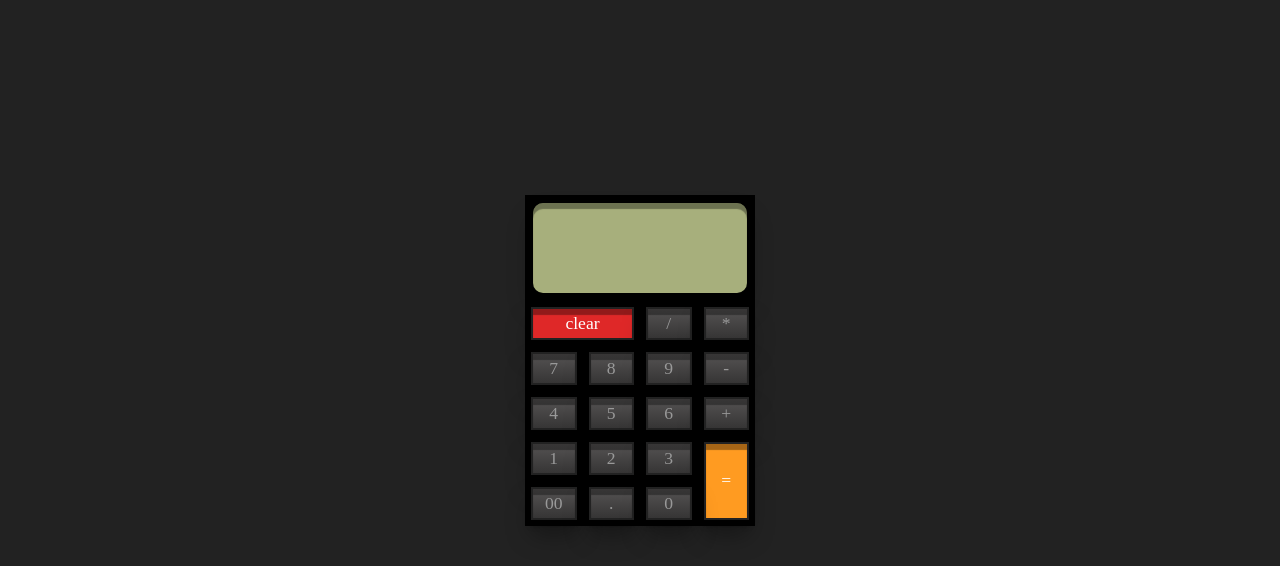
Repository: JunaidAnsari202/calculator
Page: index.html
The author's editor kept a copy of each file at every save. The page is drawn from the files as they stood at one save, then again after a run of saves.
The browser window is 1280 px wide. The pictures show the whole page.

Above is the page before, as saved 2023-10-28 15:05:37.

### index.html
<!DOCTYPE html>
<html lang="en">
<head>
    <meta charset="UTF-8">
    <meta name="viewport" content="width=device-width, initial-scale=1.0">
    <title>Document</title>
    <link rel="stylesheet" href="style.css">
</head>
<body>

    <div class="caculator">
        <div class="button">
            <h2 id="value"></h2>
            <!-- <textarea name="" id="value" cols="1" rows="1" readonly></textarea> -->
            <span id="clear">clear</span>
            <span>/</span>
            <span>*</span>
            <span>7</span>
            <span>8</span>
            <span>9</span>
            <span>-</span>
            <span>4</span>
            <span>5</span>
            <span>6</span>
            <span id="plus">+</span>
            <span>1</span>
            <span>2</span>
            <span>3</span>
            <span id="equal">=</span>

            <span>00</span>
            <span>.</span>
            <span>0</span>


            </div>
    </div>
    <script src="script.js"></script>
</body>
</html>

### style.css
*{
    padding: 0;
    margin: 0;
    box-sizing: border-box;
    /* border: 1px red dashed; */
}

body{
    display: flex;
    justify-content: center;
    align-items: center;
    height: 100vh;

    /* background-color: rgb(109, 109, 109); */
    background-color: #222;
}
.calculator{

    position: relative;
    width: 280px;
}

.button{
    position: relative;
    display: grid;
    background-color: black;
    width: 230px;

}

#value{
    width: 2em; /* Adjust the width as needed */
    height: 1.8em; /* Adjust the height as needed */
    resize: none;

    position: relative;
    margin: 8px;
    grid-column: span 4;
    height: 90px;
    line-height: 100px;
    padding: 0 5px ;
    border-radius: 10px;
    background-color: #a7af7c;
    text-align: right;
    font-size: 1.5rem;
    color: #3a3c2e;
    overflow: hidden;
    box-shadow: inset 0 6px 1px 0 rgba(0,0,0,0.35),
    0 5px 5px rgba(0,0,0,0.5),0 15px 25px rgba(0,0,0,0.35);
    width: calc(100% - 16px);
}


span{
    /* height: 25px; */

    position: relative;
    padding:4px;
    margin: 6px;
    min-width: 30px;
    font-size: 1.1rem;
    display: flex;
    justify-content: center;
    align-items: center;
    color: #999;
    border: 2px solid #222;
    background: linear-gradient(#555353,#363535);
    box-shadow: inset 0 6px 1px 0 rgba(0,0,0,0.35),
    0 5px 5px rgba(0,0,0,0.5),0 15px 25px rgba(0,0,0,0.35);
    user-select: none;
    cursor: pointer;
}

span::before{
    content: "";
    position: absolute;
    border-top: 2px solid #ccc;
    filter: blur(2px);
}

span:active{
    box-shadow: inset 0 6px 1px 0 rgba(0,0,0,0.35),
    0 5px 5px rgba(0,0,0,0.5),0 15px 25px rgba(0,0,0,0.35);

}

#clear{
grid-column: span 2;
background: rgba(247, 45, 45, 0.907);
color: white;
}

#equal{
    grid-row: span 2;
    /* height: 62px; */
    background: rgb(255, 155, 33);
    color: white;
}

### script.js
let buttons=document.querySelector(".button");
let btn=document.querySelectorAll("span");
let value=document.getElementById("value");

for(let i =0;i<btn.length;i++){
    btn[i].addEventListener("click",function(){
        if(this.innerHTML == "="){
            value.innerHTML = eval(value.innerHTML);

        }
        else{
            if(this.innerHTML== "clear"){
                value.innerHTML = " ";
            }else{
                value.innerHTML += this.innerHTML;
            }
        }
    })
}

After the next 5 saves:
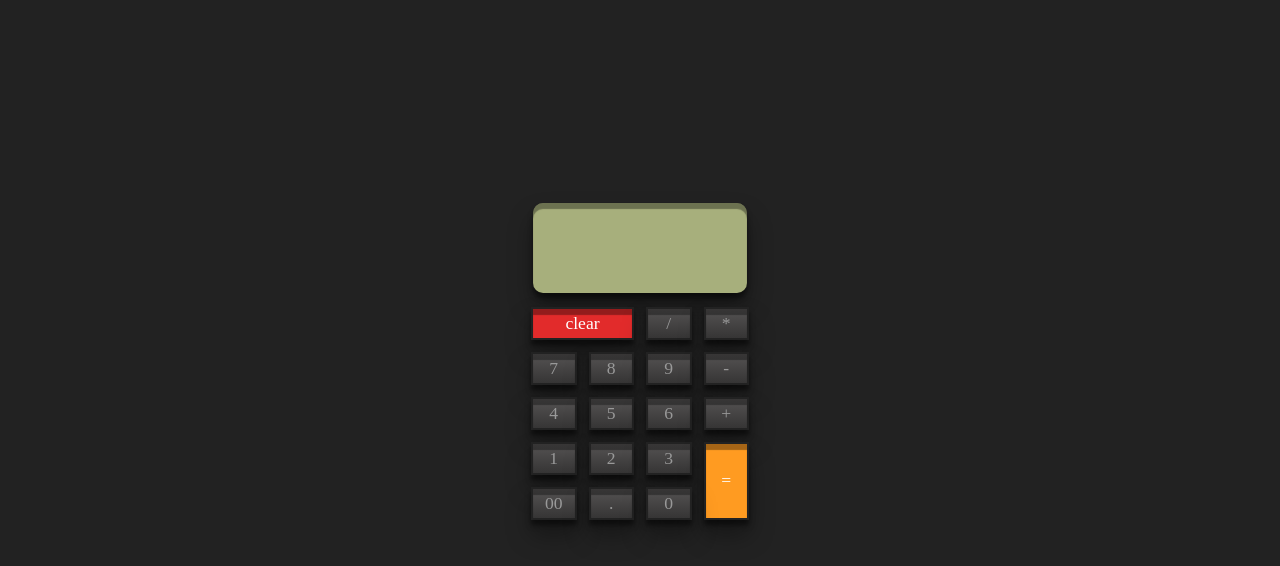
The 5 saves are shown as one change because they came seconds apart.
The last was saved 4 min 29 s later.
--- a/style.css
+++ b/style.css
@@ -23,7 +23,7 @@ body{
 .button{
     position: relative;
     display: grid;
-    background-color: black;
+    background-color:#222;
     width: 230px;
 
 }
